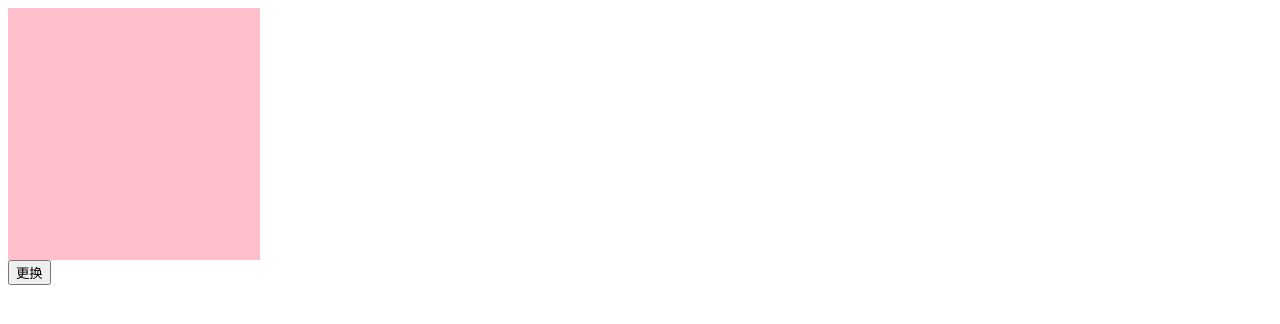
Repository: Bluesouls/eliauk.github.io
Page: Ajax学习笔记/day01/code/index.html
The author's editor kept a copy of each file at every save. The page is drawn from the files as they stood at one save, then again after the next save.
The browser window is 1280 px wide. The pictures show the whole page.

Above is the page before, as saved 2022-04-24 16:06:19.

### Ajax学习笔记/day01/code/index.html
<!DOCTYPE html>
<html lang="en">
<head>
  <meta charset="UTF-8">
  <meta http-equiv="X-UA-Compatible" content="IE=edge">
  <meta name="viewport" content="width=device-width, initial-scale=1.0">
  <title>Document</title>
  <script src="https://unpkg.com/axios/dist/axios.min.js"></script>
  <style>
    .box{
      width: 250px;
      height: 250px;
      border: 1px solid pink;
      background: pink;
      box-shadow: pink;
      color: white;
    }
    .content{
      padding: 50px;
    }
  </style>
</head>
<body>
  <div class="box">
    <div class="content"></div>
  </div>
  <button onclick="change()">更换</button>
  <script>
    var content = document.querySelector('.content');
      function change(){
      const info = axios({
        method: 'GET',
        url: 'https://xl.xilinglaoshi.com:8001/fenshou'
      }).then(function(result){
          // box.value = result.data.content
          // console.log(result.data.data[0].content)
          content.innerHTML = result.data.data[0].content
      })
    }

  </script>
</body>
</html>

After the next save:
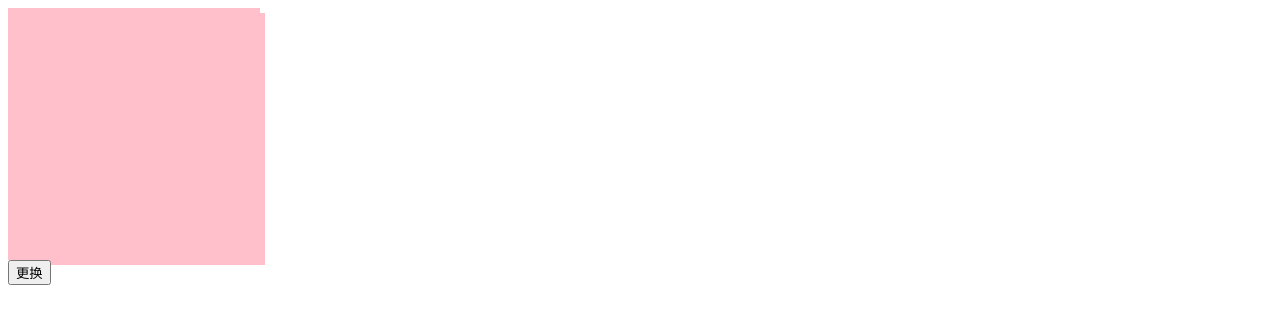
Saved 110 s later.
--- a/Ajax学习笔记/day01/code/index.html
+++ b/Ajax学习笔记/day01/code/index.html
@@ -12,7 +12,7 @@
       height: 250px;
       border: 1px solid pink;
       background: pink;
-      box-shadow: pink;
+      box-shadow: 5px 5px pink;
       color: white;
     }
     .content{
